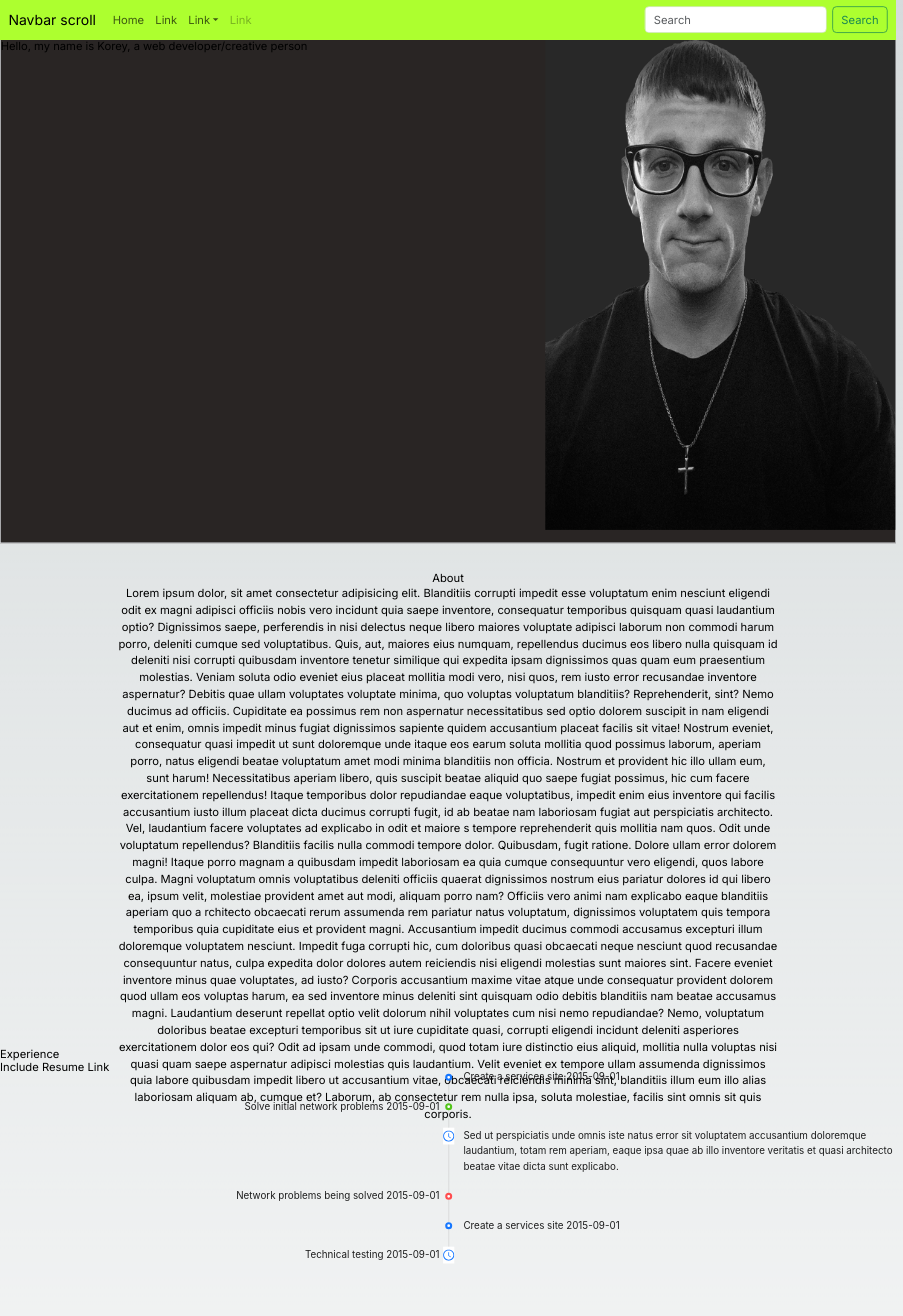
Repository: devkthines/next-portfolio-v2
Page: /
These files come from the project's save history. The page is drawn as it stood at one moment and after a run of saves; the edit follows.
The browser window is 1280 px wide. The page is 1290 px wide, then 1280 px, so the pictures cover 1290 px, including what lies to the right of the window. The pictures show the part of the page from y = 0 to 1880 px (the page is 2936 px tall), at 70% of full size.
The project was rebuilt for these pictures with package versions that can differ from the ones it lists, and the page was loaded fresh each time. The framework's server and built-in components were replaced by stand-ins that run in the browser. Also part of the build but not shown: next.config.js.

Above is the page before, as saved 2023-09-12 22:10:42.

After the next 9 saves:
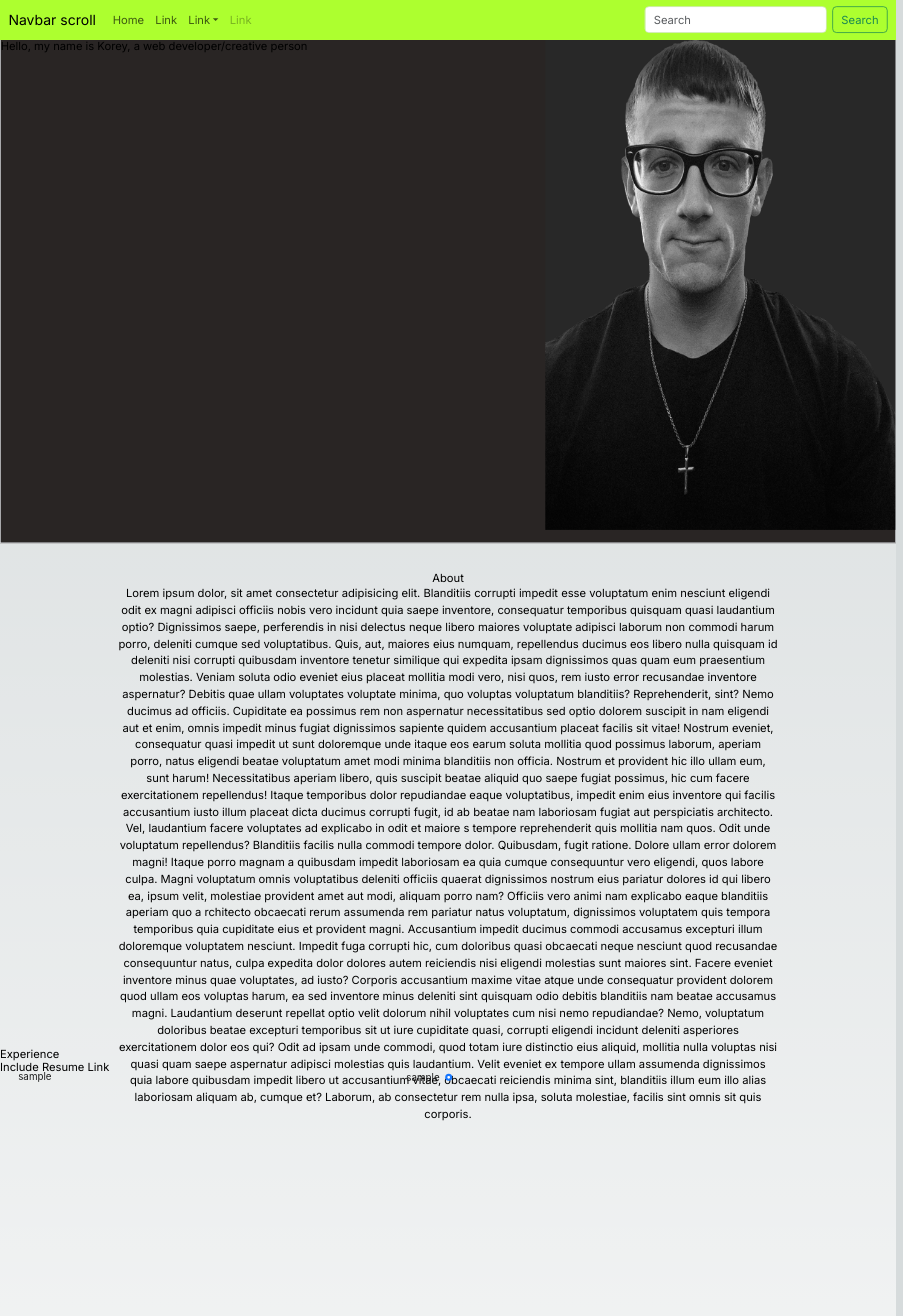
The 9 saves are shown as one change because 3 did not build or start and some came seconds apart.
The last was saved 3 min 13 s later.
--- a/src/app/components/timeline.js
+++ b/src/app/components/timeline.js
@@ -4,35 +4,9 @@ import { ClockCircleOutlined } from '@ant-design/icons';
 import { Timeline } from 'antd';
 
 export default function Resume(){
-    return(
+ const items = [{ children: 'sample', label: 'sample' }];
+  return(
         <>
-        <Timeline
-    mode="alternate"
-    items={[
-      {
-        children: 'Create a services site 2015-09-01',
-      },
-      {
-        children: 'Solve initial network problems 2015-09-01',
-        color: 'green',
-      },
-      {
-        dot: <ClockCircleOutlined style={{ fontSize: '16px' }} />,
-        children: `Sed ut perspiciatis unde omnis iste natus error sit voluptatem accusantium doloremque laudantium, totam rem aperiam, eaque ipsa quae ab illo inventore veritatis et quasi architecto beatae vitae dicta sunt explicabo.`,
-      },
-      {
-        color: 'red',
-        children: 'Network problems being solved 2015-09-01',
-      },
-      {
-        children: 'Create a services site 2015-09-01',
-      },
-      {
-        dot: <ClockCircleOutlined style={{ fontSize: '16px' }} />,
-        children: 'Technical testing 2015-09-01',
-      },
-    ]}
-  />
-        </>
+ <Timeline items={items} /></>
     )
 }
